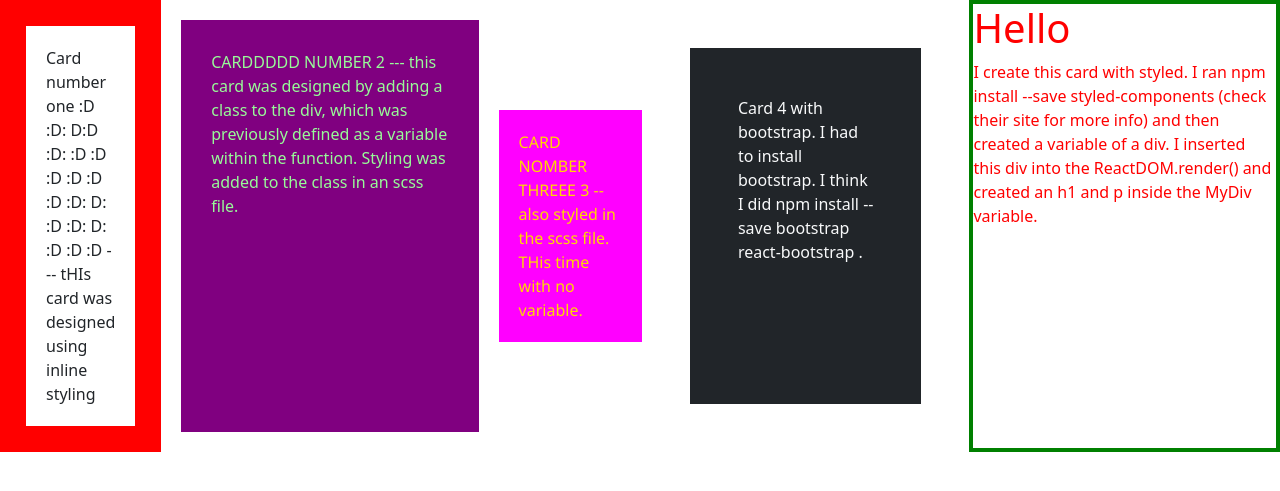
Repository: FbW-E01/spa-react-stylish-cards-gronger
Page: / (app in react-stuff/)
These files come from the project's save history. The page is drawn as it stood at one moment and after the next save; the edit follows.
The browser window is 1280 px wide. The pictures show the whole page.
The project was rebuilt for these pictures with package versions that can differ from the ones it lists, and the page was loaded fresh each time.

Above is the page before, as saved 2021-07-14 14:13:36.

After the next save:
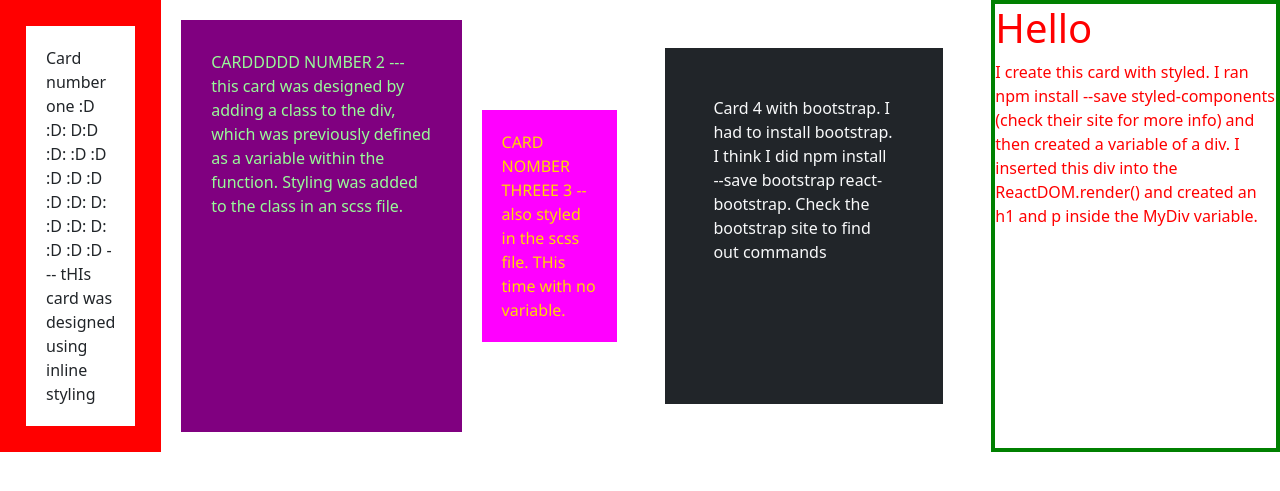
Saved 22 s later.
--- a/react-stuff/src/index.js
+++ b/react-stuff/src/index.js
@@ -34,7 +34,7 @@ function CardThreeScssClass() {
 
 function CardFourBootstrap() {
   return <div className="p-5 m-5 warning bg-dark text-light">
-    Card 4 with bootstrap. I had to install bootstrap. I think I did npm install --save bootstrap react-bootstrap .
+    Card 4 with bootstrap. I had to install bootstrap. I think I did npm install --save bootstrap react-bootstrap. Check the bootstrap site to find out commands
   </div>
 }
 
